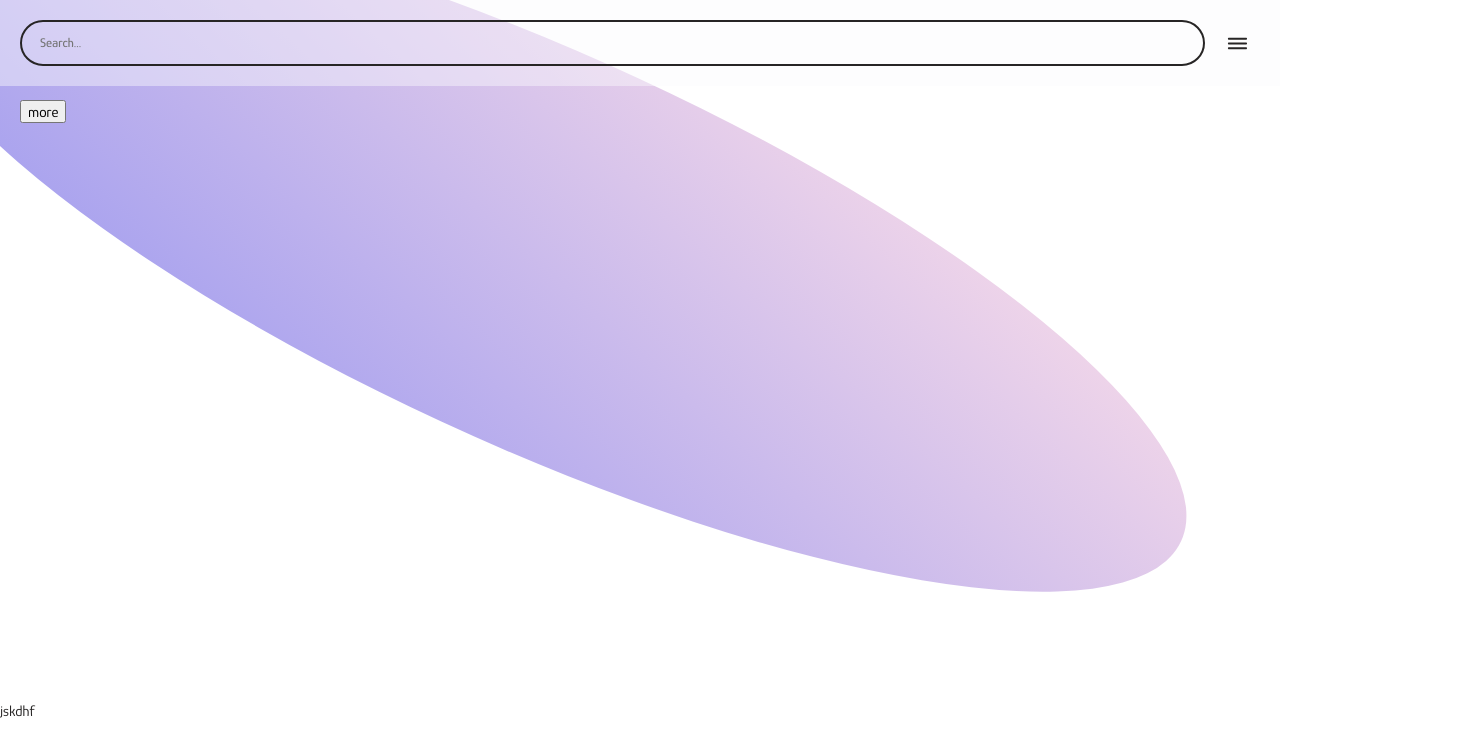
Repository: Axeliriya/my-test
Page: /
An editor plug-in stored every save of this project. The page is shown before and after the next save, followed by the edit.
The browser window is 1280 px wide. The page is 1280 px wide, then 1478 px, so the pictures cover 1478 px, including what lies to the right of the window. The pictures show the whole page.
The page's requests for data from a server got no answer. The project was rebuilt for these pictures with package versions that can differ from the ones it lists, and the page was loaded fresh each time. No one was signed in, and anything a server would have sent is missing. Also part of the build but not shown: src/components/ProductList/ProductList.tsx, src/components/ProductItem/ProductItem.tsx.

Above is the page before, as saved 2022-04-05 15:43:37.

### public/index.html
<!DOCTYPE html>
<html lang="en">
  <head>
    <meta charset="utf-8" />
    <link rel="icon" href="%PUBLIC_URL%/favicon.ico" />
    <meta name="viewport" content="width=device-width, initial-scale=1" />
    <meta name="theme-color" content="#9796F0" />
    <title>React App</title>
  </head>
  <body>
    <div id="root"></div>
  </body>
</html>

### src/index.tsx
import { createRoot } from 'react-dom/client';
import { App } from './components';
import './assets/styles/main.scss';

const root = createRoot(document.getElementById('root') as HTMLDivElement);
root.render(<App />);

### src/components/index.ts
export * from './App/App';
export * from './Layout/Layout';
export * from './Header/Header';
export * from './Button/Button';
export * from './Input/Input';
export * from './ProductList/ProductList';
export * from './ProductItem/ProductItem';
export * from './Main/Main';

### src/assets/styles/main.scss
@import './base/normalize';
@import './base/fonts';
@import './utils/variables';
@import './utils/mixins';
@import './utils/placeholder';
@import './base/body';

### src/components/App/App.tsx
import { useEffect, useState } from 'react';
import { Layout, ProductList } from '..';
import { ProductModel } from '../../interfaces/product.interface';
import { getProducts } from '../../services/api-service';
import styles from './App.module.scss';
// import { AppProps } from './App.props';

export const App = (): JSX.Element => {
  return (
    <div className={styles.app}>
      <Layout />
    </div>
  );
};

### src/components/Layout/Layout.tsx
import { Header, Input, Main } from '..';
import styles from './Layout.module.scss';
import { LayoutProps } from './Layout.props';

export const Layout = ({ children }: LayoutProps): JSX.Element => {
  return (
    <div className={styles.layout}>
      <Header>
        <Input placeholder="Search..." />
      </Header>
      <Main />
      <footer className={styles.main}>jskdhf</footer>
    </div>
  );
};

### src/components/Header/Header.tsx
/* eslint-disable no-constant-condition */
import styles from './Header.module.scss';
import { HeaderProps } from './Header.props';
import { ReactComponent as Burger } from './burger.svg';
import { ReactComponent as Search } from './search.svg';
import { Button } from '..';

export const Header = ({ children, ...props }: HeaderProps): JSX.Element => {
  return (
    <header className={styles.header} {...props}>
      <div className={styles.wrapper}>
        {false ? (
          <>
            <a className={styles.logo} href="/">
              Сlothes
            </a>
            <Button>
              <Search />
            </Button>
          </>
        ) : (
          <div className={styles.input}>{children}</div>
        )}
      </div>
      <Button>
        <Burger />
      </Button>
    </header>
  );
};

### src/components/Button/Button.tsx
import styles from './Button.module.scss';
import { ButtonProps } from './Button.props';
import cn from 'classnames';

export const Button = ({
  appearance,
  children,
  className,
  ...props
}: ButtonProps) => {
  return (
    <button
      className={cn(styles.button, className, {
        [styles.primary]: appearance === 'primary',
        [styles.green]: appearance === 'green',
        [styles.ghost]: appearance === 'ghost',
      })}
      {...props}
    >
      {children}
    </button>
  );
};

### src/components/Input/Input.tsx
import styles from './Input.module.scss';
import { InputProps } from './Input.props';
import cn from 'classnames';

export const Input = ({ className, ...props }: InputProps): JSX.Element => {
  return <input className={cn(styles.input, className)} {...props} />;
};

### src/components/Main/Main.tsx
import { useEffect, useState } from 'react';
import { ProductList } from '..';
import { ProductModel } from '../../interfaces/product.interface';
import { getProducts } from '../../services/api-service';
import styles from './Main.module.scss';

export const Main = (): JSX.Element => {
  const [products, setProducts] = useState<ProductModel[]>();
  const [fullList, setFullist] = useState<ProductModel[]>();
  const [page, setPage] = useState<number>(1);

  useEffect(() => {
    const fetch = async () => {
      const { data } = await getProducts();
      setFullist(data?.data?.products);

      const productList = getListByPage(page, data?.data?.products);

      setProducts(productList);
    };
    fetch();
  }, [page]);

  function getListByPage(pageNumber: number, fullList: ProductModel[]) {
    if (pageNumber < 1) return [];

    const itemsPerPage = 10;
    const start = (pageNumber - 1) * itemsPerPage;
    const end = start + itemsPerPage;
    return fullList.slice(start, end);
  }

  const onClickPage = (nextPage: number) => {
    setPage((nextPage += 1));
    fullList && getListByPage(page, fullList);
  };
  return (
    <main className={styles.main}>
      {products && <ProductList products={products} />}
      {/* <ul>
    {products?.map(product => (
      <li key={product.name}>{product.name}</li>
    ))}
  </ul> */}
      <button onClick={() => onClickPage(page)}>more</button>
      <div className={styles.bg} />
    </main>
  );
};

### src/assets/styles/base/_fonts.scss
@font-face {
  font-family: 'Glory';
  font-style: normal;
  font-weight: 400;
  src: url('../../fonts/glory-regular.woff2') format('woff2'),
    url('../../fonts/glory-regular.ttf') format('ttf');
}

@font-face {
  font-family: 'Glory';
  font-style: normal;
  font-weight: 500;
  src: url('../../fonts/glory-medium.woff2') format('woff2'),
    url('../../fonts/glory-medium.ttf') format('ttf');
}

@font-face {
  font-family: 'Glory';
  font-style: normal;
  font-weight: 600;
  src: url('../../fonts/glory-semibold.woff2') format('woff2'),
    url('../../fonts/glory-semibold.ttf') format('ttf');
}

@font-face {
  font-family: 'Glory';
  font-style: normal;
  font-weight: 700;
  src: url('../../fonts/glory-bold.woff2') format('woff2'),
    url('../../fonts/glory-bold.ttf') format('ttf');
}

### src/assets/styles/utils/_variables.scss
$primary-color: #ffffff;
$primary-text-color: #272525;
$alternate-bg-color: #eef1f6;
$secondery-text-color: #454747;
$secondery-color: #3c336c;
$accent-color: #309f85;
$light-color: #c4c4c4;
$main-gradient: linear-gradient(38.95deg, #9796f0 -10.38%, #ffe0e8 107.56%);

$cubic: 250ms cubic-bezier(0.4, 0, 0.2, 1);

$font: Glory, sans-serif;

### src/assets/styles/utils/_mixins.scss
@mixin font($weight, $size, $line-height: 1.3, $family: $font) {
  font-family: $family;
  font-weight: $weight;
  font-size: $size;
  line-height: $line-height;
}

### src/assets/styles/utils/_placeholder.scss
%link {
  text-decoration: none;
}

%list {
  list-style: none;
  margin: 0;
  padding: 0;
}

%input {
  @include font(500, 13px, 1.4);
  padding: 12px 18px;
  background: transparent;
  color: $primary-text-color;
  border: 2px solid $primary-text-color;
  border-radius: 50px;
}

%btn-icon {
  padding: 10px;
  background-color: transparent;
  border: 1px solid transparent;
  border-radius: 5px;
  cursor: pointer;
  transition: all $cubic;
}

%btn {
  @include font(500, 13px, 1.4);
  color: $primary-color;
  padding: 12px 18px;
  border-radius: 50px;
}

### src/assets/styles/base/_body.scss
img {
  display: block;
  width: 100%;
  height: auto;
}

body {
  margin: 0;
  background-color: $primary-color;
  color: $primary-text-color;
  @include font(400, 15px);
}

code {
  font-family: source-code-pro, Menlo, Monaco, Consolas, 'Courier New',
    monospace;
}

### src/components/App/App.module.scss
// .app {
//   min-height: 100vh;
//   display: grid;
//   grid-template-rows: 1fr;
// }

@media screen and (min-width: 520px) {
  .app {
    grid-template-columns: auto 1fr auto;
  }
}

@media screen and (min-width: 682px) {
  .app {
    grid-template-columns: auto 665px auto;
  }
}

### src/components/Layout/Layout.module.scss
.layout {
  display: grid;
  grid-template-columns: auto 1fr auto;
  grid-template-rows: 1fr auto;
  min-height: 100vh;
}

.footer {
  grid-column: 1 / -1;
}

@media screen and (min-width: 520px) {
  .app {
    grid-template-columns: auto 1fr auto;
  }
}

@media screen and (min-width: 682px) {
  .app {
    grid-template-columns: auto 665px auto;
  }
}

### src/components/Header/Header.module.scss
@import '../../assets/styles/main.scss';

.header {
  position: fixed;
  width: 100%;
  display: flex;
  justify-content: space-between;
  align-items: center;
  background: rgba(250, 251, 253, 0.44);
  padding: 20px;
}

.wrapper {
  width: 100%;
  display: flex;
  justify-content: space-between;
  align-items: center;
  margin-right: 10px;
}

.logo {
  @extend %link;
  font-weight: 700;
  font-size: 36px;
  line-height: 105.5%;
  color: $primary-text-color;
  &:hover {
    color: $secondery-text-color;
  }
}

.input {
  width: 100%;
}

// @media screen and (min-width: 520px) {
//   .app {
//     grid-template-columns: auto 1fr auto;
//   }
// }

// @media screen and (min-width: 682px) {
//   .app {
//     grid-template-columns: auto 665px auto;
//   }
// }

### src/components/Button/Button.module.scss
@import '../../assets/styles/main.scss';

.button {
  @extend %btn-icon;
}

.button svg {
  display: block;
  width: 100%;
  height: auto;
}

.primary,
.green,
.ghost {
  @extend %btn;
  background-color: $secondery-color;
  &:hover {
    padding: 14px 20px;
    box-shadow: 0px 20px 50px rgba(0, 0, 0, 0.1);
    border-radius: 55px;
  }
}

.green {
  background-color: $accent-color;
}

.ghost {
  background-color: $light-color;
}

### src/components/Input/Input.module.scss
@import '../../assets/styles/main.scss';

.input {
  width: 100%;
  @extend %input;
  &:focus {
    border: 1px solid $primary-text-color;
  }
}

### src/components/ProductList/ProductList.module.scss
@import '../../assets/styles/main.scss';

.users {
  display: grid;
  gap: 12px;

  @extend %list;
}

### src/services/api-service.ts
import axios from 'axios';

axios.defaults.baseURL = `https://artisant.io/api`;

export const getProducts = async () => {
  return await axios.get(`/products`);
};

### src/components/Main/Main.module.scss
@import '../../assets/styles/main.scss';

.main {
  padding: 100px 20px 20px 20px;
  grid-column: 1 / -1;
}

.bg {
  position: absolute;
  top: 0;
  left: -100px;
  z-index: -1;
  width: 100%;
  height: 500px;
  background: $main-gradient;
  transform: skew(20deg, 20deg);
  border-radius: 50%;
  overflow: hidden;
}

@media screen and (min-width: 520px) {
  // .main {
  //   grid-template-columns: auto 1fr;
  //   grid-template-rows: 1fr;
  //   grid-column: 2 / 3;
  // }
}

Loaded but not shown: src/assets/styles/base/_normalize.scss (common file)

After the next save:
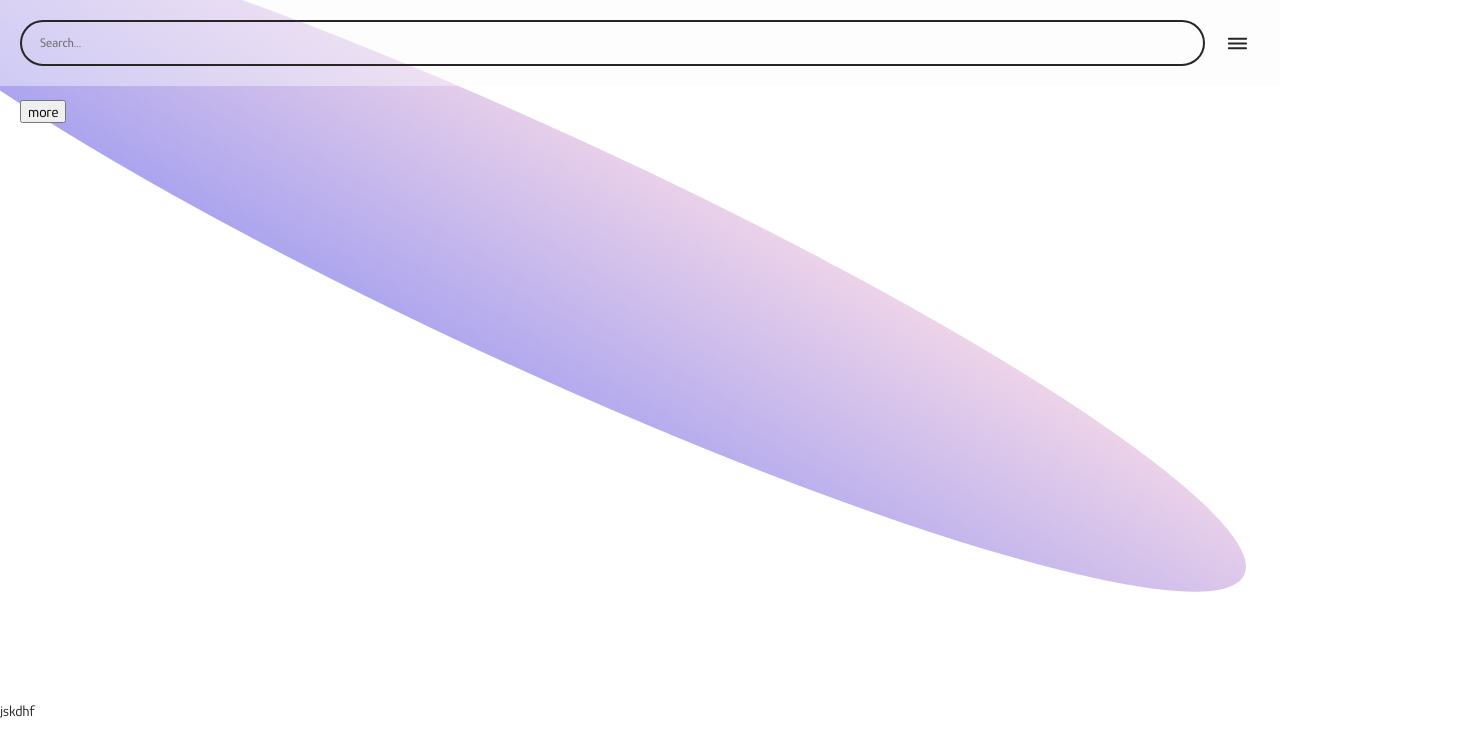
Saved 33 s later.
--- a/src/components/Main/Main.module.scss
+++ b/src/components/Main/Main.module.scss
@@ -13,7 +13,7 @@
   width: 100%;
   height: 500px;
   background: $main-gradient;
-  transform: skew(20deg, 20deg);
+  transform: skew(50deg, 20deg);
   border-radius: 50%;
   overflow: hidden;
 }
